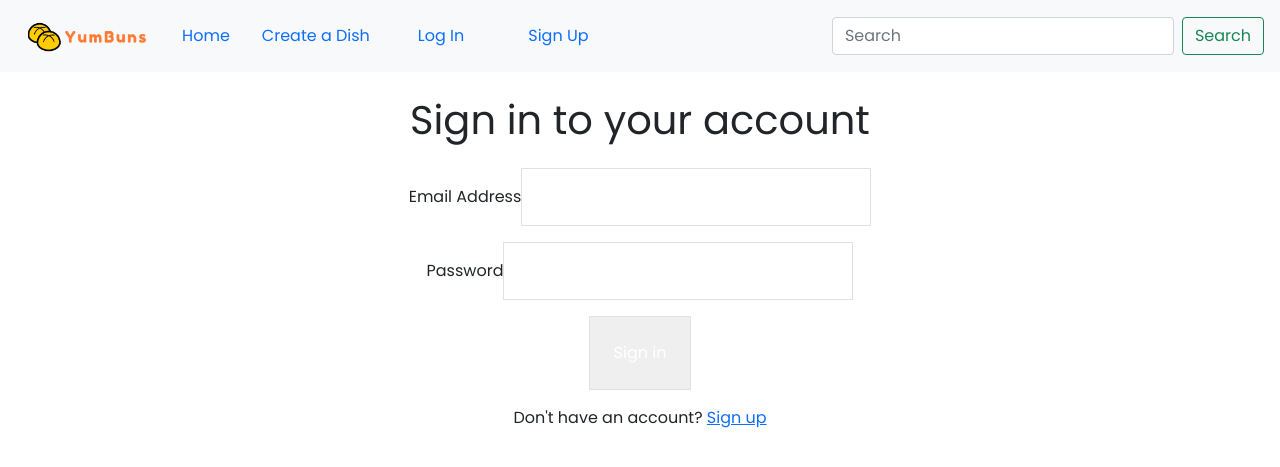
Repository: mottad14/yumBuns
Page: /login (app in client/)
An editor plug-in stored every save of this project. The page is shown before and after the next save, followed by the edit.
The browser window is 1280 px wide. The pictures show the whole page.
Some web fonts or font styles are not loaded; a fallback is used. The project was rebuilt for these pictures with package versions that can differ from the ones it lists, and the page was loaded fresh each time. Also part of the build but not shown: client/src/components/RecipePreview.js, client/src/views/Main.js, client/src/views/Create.js, client/src/views/Recipe.js, client/src/components/SubscribePop.css, client/src/components/SignUp.jsx, client/src/components/SubscribePop.js.

Above is the page before, as saved 2022-07-29 11:10:28.

### client/public/index.html
<!DOCTYPE html>
<html lang="en">
  <head>
    <meta charset="utf-8" />
    <link rel="icon" href="%PUBLIC_URL%/favicon.ico" />
    <meta name="viewport" content="width=device-width, initial-scale=1" />
    <meta name="theme-color" content="#000000" />
    <meta
      name="description"
      content="Web site created using create-react-app"
    />
    <!--
      Notice the use of %PUBLIC_URL% in the tags above.
      It will be replaced with the URL of the `public` folder during the build.
      Only files inside the `public` folder can be referenced from the HTML.

      Unlike "/favicon.ico" or "favicon.ico", "%PUBLIC_URL%/favicon.ico" will
      work correctly both with client-side routing and a non-root public URL.
      Learn how to configure a non-root public URL by running `npm run build`.
    -->
    <title>Yumbuns</title>
  </head>
  <body>
    <noscript>You need to enable JavaScript to run this app.</noscript>
    <div id="root"></div>
    <!--
      This HTML file is a template.
      If you open it directly in the browser, you will see an empty page.

      You can add webfonts, meta tags, or analytics to this file.
      The build step will place the bundled scripts into the <body> tag.

      To begin the development, run `npm start` or `yarn start`.
      To create a production bundle, use `npm run build` or `yarn build`.
    -->
  </body>
</html>

### client/src/index.js
import React from 'react';
import ReactDOM from 'react-dom';
import './index.css';
import App from './App';
import reportWebVitals from './reportWebVitals';
import {BrowserRouter} from "react-router-dom";

ReactDOM.render(
    <React.StrictMode>
      <BrowserRouter>
            <App />
      </BrowserRouter>
    </React.StrictMode>,
    document.getElementById('root')
);



// If you want to start measuring performance in your app, pass a function
// to log results (for example: reportWebVitals(console.log))
// or send to an analytics endpoint. Learn more: https://bit.ly/CRA-vitals
reportWebVitals();

### client/src/App.js
import React from 'react';
import 'bootstrap/dist/css/bootstrap.min.css';
import {Switch, Route} from "react-router-dom";
import './App.css';
import NavBar from './components/NavBar';
import Main from './views/Main';
import Login from './views/Login'
import Create from './views/Create';
import Recipe from './views/Recipe';
import SubscribePop from './components/SubscribePop';
import {useState, useEffect} from 'react'
import { AuthContextProvider } from "./contexts/AuthContext";


function App() {
  const [timedPopup, setTimedPopup] = useState (false);

  useEffect(() => {
    setTimeout(() => {
      setTimedPopup(true)
    }, 45000)
  }, [])


  return (

    <div className="App">
      <div className="">
          <NavBar/>
          <AuthContextProvider>
              <Switch>
                <Route exact path="/">
                  <Main/>
                </Route>

                <Route exact path="/login">
                  <Login/>
                </Route>

                <Route path="/view/single/:_id">
                  <Recipe/>
                </Route>

                <Route exact path="/create">
                  <Create/>
                </Route>
              </Switch>

              <SubscribePop trigger={timedPopup} setTrigger={setTimedPopup}>
              </SubscribePop>
          </AuthContextProvider>


       </div>
    </div>
  );
}

export default App;

### client/src/App.css
@import url('https://fonts.googleapis.com/css2?family=BIZ+UDGothic&family=Poppins&display=swap');

.App {
  font-family: 'BIZ UDGothic', sans-serif;
  font-family: 'Poppins', sans-serif;
  z-index: 1;
  text-align: center;
}

.recipePreview{
  border: 3px solid rgb(177, 177, 177);
  min-height: 300px;
  width: 250px;
  background-color: rgb(254, 194, 10);
  border-left-style: dotted;
  border-right-style: dotted;
  border-radius: 10%;

}

.recipePreview > img{
  width: 95%;
  border-radius: 10%;
}
.recipePreview >div{
  align-items: center;

}

.Logo{
  margin-left: 10px;
  height: 30px;
}

.sticky{
  position: sticky;
  top: 0;
  z-index: 999;
  background-color: rgb(254, 194, 10);
  border: 2px solid black;
  border-radius: 25px;
}

.thumbnailBox > img{
  height: 40px;
}

.thumbnailBox > img:hover{
  height: 125px;
}

### client/src/components/NavBar.js
import React from "react";
import { Link } from "react-router-dom"
import Nav from 'react-bootstrap/Nav';
import YumBuns from "../imgs/YumBunsLogo.png"

const NavBar = (props) => {
    return(
            <nav className="navbar navbar-expand-lg bg-light mb-3">
                <Link className="navbar-brand mx-3" to="/">  <img className="Logo" src={YumBuns} alt="Logo" /> </Link>

                <div className="collapse navbar-collapse" id="navbarSupportedContent">
                <ul className="navbar-nav me-auto mb-2 mb-lg-0">
                    <li className="nav-item">
                    <Nav.Link> <Link className="nav-link btn-outline-warning" aria-current="page" to="/">Home</Link> </Nav.Link>
                    </li>
                    <li className="nav-item">
                    <Nav.Link> <Link className="nav-link btn-outline-warning" to="/create">Create a Dish</Link> </Nav.Link>
                    </li>
                    <li className="nav-item">
                    <Nav.Link> <Link className="nav-link d-flex mx-3 btn-outline-warning" to="/login"> Log In</Link> </Nav.Link>
                    </li>
                    <li className="nav-item">
                    <Nav.Link> <Link className="nav-link d-flex mx-3 btn-outline-warning" to="/signUp"> Sign Up</Link> </Nav.Link>
                    </li>
                </ul>
                <form className="d-flex mx-3" role="search">
                    <input className="form-control me-2" type="search" placeholder="Search" aria-label="Search" />
                    <button className="btn btn-outline-success" type="submit">Search</button>
                </form>
            </div>
            </nav>
    )
}

export default NavBar;

### client/src/views/Login.js
import React, { useState } from 'react'
import { Link, useHistory } from 'react-router-dom'
import { UserAuth } from '../contexts/AuthContext'

const Signin = () => {
  const [email, setEmail] = useState('')
  const [password, setPassword] = useState('')
  const [error, setError] = useState('')
  const {signIn} = UserAuth()
  const history = useHistory();

  const handleSubmit = (e) =>{
    e.preventDefault();
    setError('')
    try{
      signIn(email, password)
      console.log("You are now signed in.")
      history.push('/')
    } catch(e){
      setError(e.message)
      console.log(error)
    }
  }

  return (
    <div>
      <div className='text-center mb-4'>

          <div>
              <h1 className='text-2xl font-bold py-2'>Sign in to your account</h1>
          </div>

          <form onSubmit={handleSubmit}>
              <div className='flex flex-col py-2'>
                <label className='py-2 font-medium' htmlFor=""> Email Address</label>
                <input onChange={(e)=>setEmail(e.target.value)} className='border p-3' type="email"/>
              </div>
              <div className='flex flex-col py-2'>
                <label className='py-2 font-medium' htmlFor=""> Password</label>
                <input onChange={(e)=> setPassword(e.target.value)} className='border p-3' type="password"/>
              </div>
              <button className='border border-blue-500 bg-blue-600 hover:bg-blue-500 w-full p-4 my-2 text-white'>Sign in</button>
          </form>
              <p className='py-2'>
                Don't have an account? <Link to="/signup" className='underline'> Sign up </Link>
              </p>

        </div>

    </div>

  )
}

export default Signin

### client/src/contexts/AuthContext.js
import { createContext, useContext, useEffect, useState } from "react";
import {createUserWithEmailAndPassword,
    signInWithEmailAndPassword,
    signOut,
    onAuthStateChanged}
    from "firebase/auth"
import { auth } from "../firebase";

const UserContext = createContext();

export const AuthContextProvider = ({children}) => {
    const [user, setUser] = useState({})

    const createUser = (email, password) => {
        return (createUserWithEmailAndPassword(auth, email, password))
    }

    const signIn = (email, password) => {
        return signInWithEmailAndPassword(auth, email, password)
    }

    const logout = () =>{
        return signOut(auth);
    }

    useEffect (() => {
        const unsubscribe = onAuthStateChanged(auth, (currentUser) => {
            console.log(currentUser)
            setUser(currentUser)
        })
        return (() => {
            unsubscribe()
        })
    }, [])

    return (
        <UserContext.Provider value={{ createUser, user, signIn, logout }}>
            {children}
        </UserContext.Provider>
    )
}

export const UserAuth = () =>{
    return useContext(UserContext)
}

### client/src/firebase.js
// Import the functions you need from the SDKs you need
import { initializeApp } from "firebase/app";
import { getAuth } from "firebase/auth";
// TODO: Add SDKs for Firebase products that you want to use
// https://firebase.google.com/docs/web/setup#available-libraries

// Your web app's Firebase configuration
console.log(`The current api key is: ${process.env.REACT_APP_FIREBASE_API_KEY}`)
const firebaseConfig = {
  apiKey: process.env.REACT_APP_FIREBASE_API_KEY,
  authDomain: process.env.REACT_APP_FIREBASE_AUTH_DOMAIN,
  projectId: process.env.REACT_APP_FIREBASE_PROJECT_ID,
  storageBucket: process.env.REACT_APP_FIREBASE_STORAGE_BUCKET,
  messagingSenderId: process.env.REACT_APP_FIREBASE_MESSAGING_SENDER_ID,
  appId: process.env.REACT_APP_FIREBASE_APP_ID,
  measurementId: process.env.REACT_APP_FIREBASE_MEASUREMENT_ID
};

// Initialize Firebase
const app = initializeApp(firebaseConfig);
export const auth = getAuth(app);
export default app;

Loaded but not shown: client/src/index.css (common file); client/src/reportWebVitals.js (common file)

After the next save:
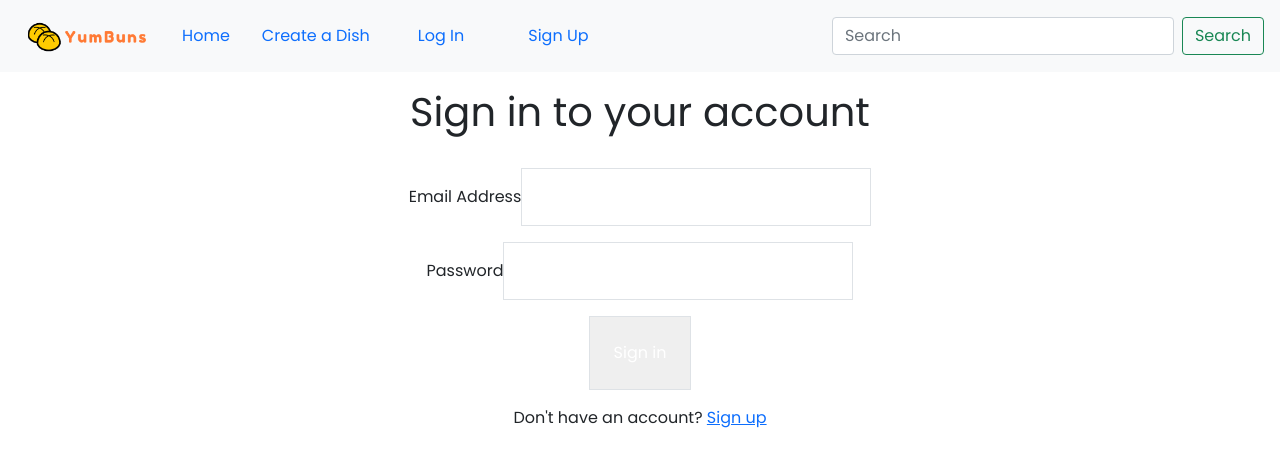
Saved 28 s later.
--- a/client/src/views/Login.js
+++ b/client/src/views/Login.js
@@ -27,7 +27,7 @@ const Signin = () => {
       <div className='text-center mb-4'>
 
           <div>
-              <h1 className='text-2xl font-bold py-2'>Sign in to your account</h1>
+              <h1 className='text-center mb-4'>Sign in to your account</h1>
           </div>
 
           <form onSubmit={handleSubmit}>
